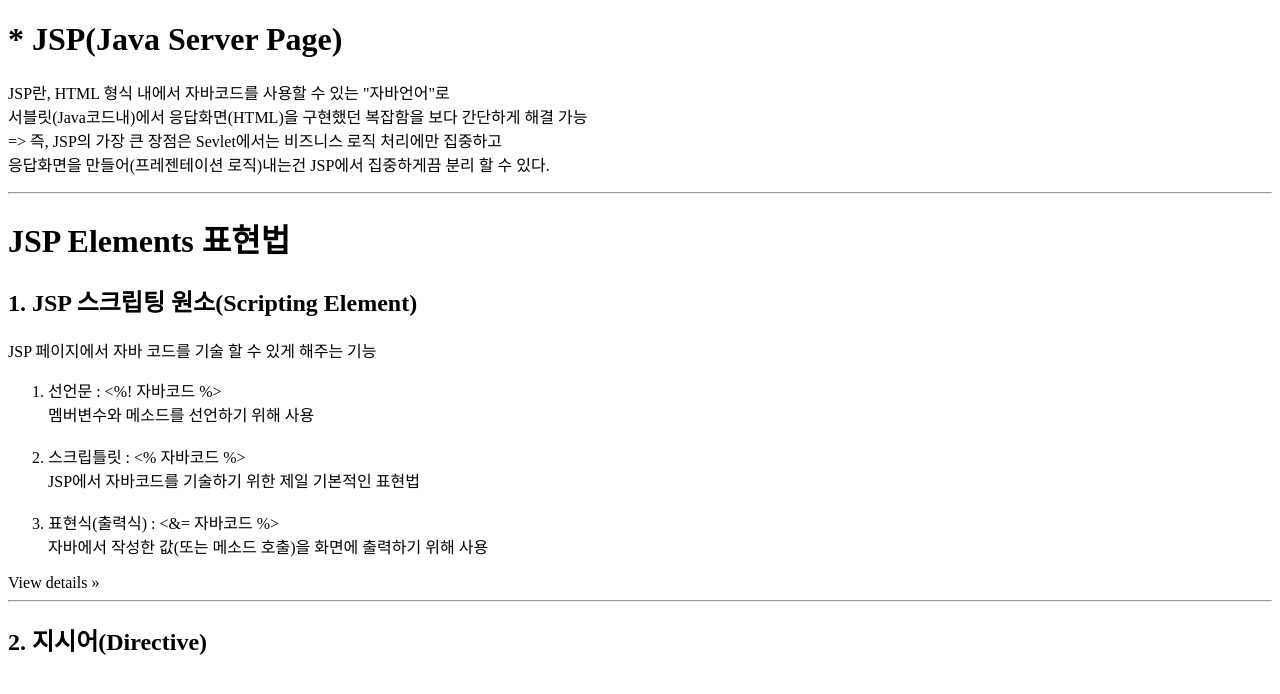
Repository: pje00427/webserver_workspace1
Page: 2_JSP/WebContent/index.html
The author's editor kept a copy of each file at every save. The page is drawn from the files as they stood at one save, then again after the next save.
The browser window is 1280 px wide. The pictures show the whole page.

Above is the page before, as saved 2020-08-31 01:20:51.

### 2_JSP/WebContent/index.html
<!DOCTYPE html>
<html>
<head>
<meta charset="UTF-8">
<title>Insert title here</title>
</head>
<body>

	<h1>* JSP(Java Server Page)</h1>

	<p>
		JSP란, HTML 형식 내에서 자바코드를 사용할 수 있는 "자바언어"로 <br>
		서블릿(Java코드내)에서 응답화면(HTML)을 구현했던 복잡함을 보다 간단하게 해결 가능<br>
		=> 즉, JSP의 가장 큰 장점은 Sevlet에서는 비즈니스 로직 처리에만 집중하고 <br>
		    응답화면을 만들어(프레젠테이션 로직)내는건 JSP에서 집중하게끔 분리 할 수 있다.
	</p>
	<hr>

	<h1>JSP Elements 표현법</h1>

	<h2>1. JSP 스크립팅 원소(Scripting Element)</h2>
	<p>JSP 페이지에서 자바 코드를 기술 할 수 있게 해주는 기능</p>
	<ol>
		<li>
			선언문 : &lt;%! 자바코드 	%&gt; <br>
			멤버변수와 메소드를 선언하기 위해 사용 <br><br>
		</li>

		<li>
			스크립틀릿 : &lt;% 	자바코드 	%&gt; <br>
			JSP에서 자바코드를 기술하기 위한 제일 기본적인 표현법 <br><br>
		</li>
		<li>
			표현식(출력식) : &lt;&=  자바코드	%&gt;<br>
			자바에서 작성한 값(또는 메소드 호출)을 화면에 출력하기 위해 사용
		</li>

	</ol>

	<a>View details &raquo;</a>
	<hr>

	<h2>2. 지시어(Directive)</h2>




</body>
</html>

After the next save:
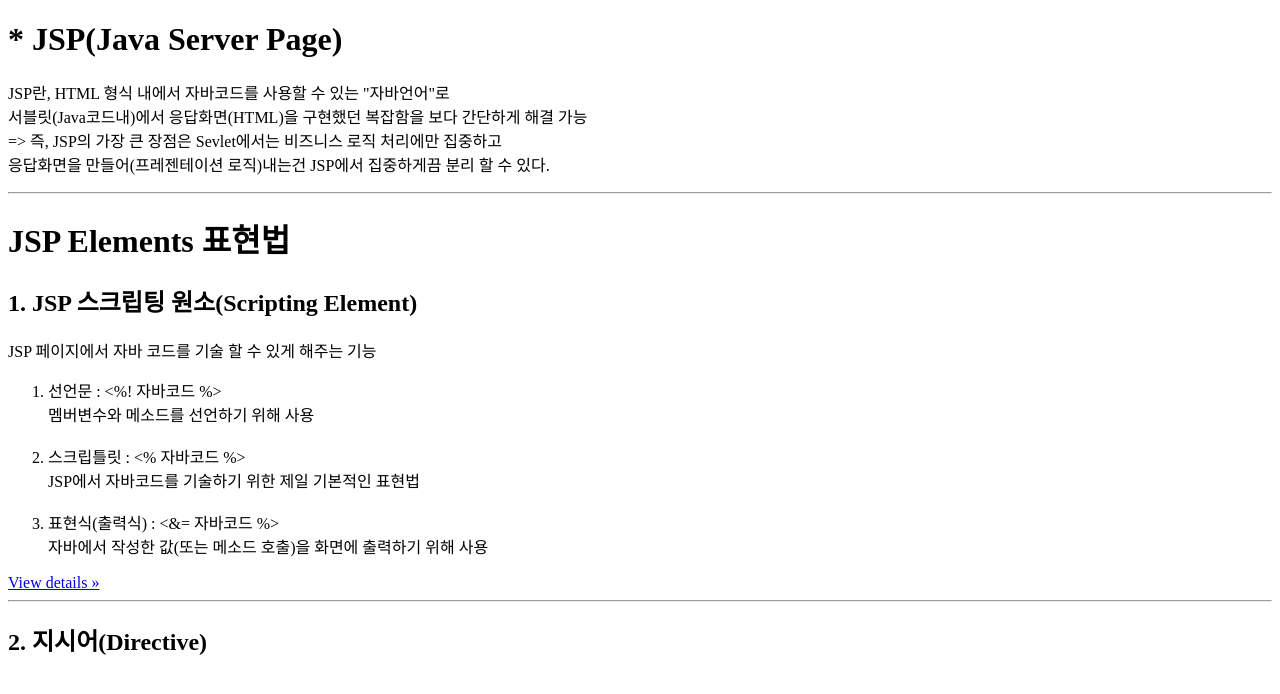
Saved 78 s later.
--- a/2_JSP/WebContent/index.html
+++ b/2_JSP/WebContent/index.html
@@ -37,7 +37,7 @@
 
 	</ol>
 
-	<a>View details &raquo;</a>
+	<a href="views/01_ScriptingElement.jsp">View details &raquo;</a>
 	<hr>
 
 	<h2>2. 지시어(Directive)</h2>
